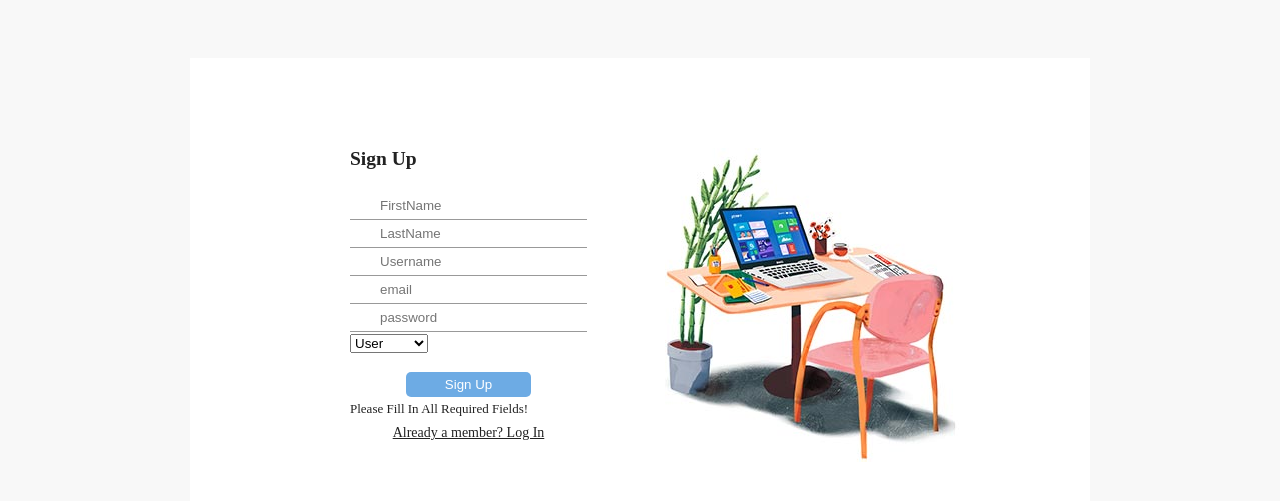
Repository: PhuongHuynh9987/Shopaholic-Ecommerce
Page: http://localhost/Shopaholic/createaccount.jsp
These files come from the project's save history. The page is drawn as it stood at one moment and after the next save; the edit follows.
The browser window is 1280 px wide. The pictures show the whole page.
The page is served by Tomcat 9.

Above is the page before, as saved 2024-01-29 23:11:48.

After the next save:
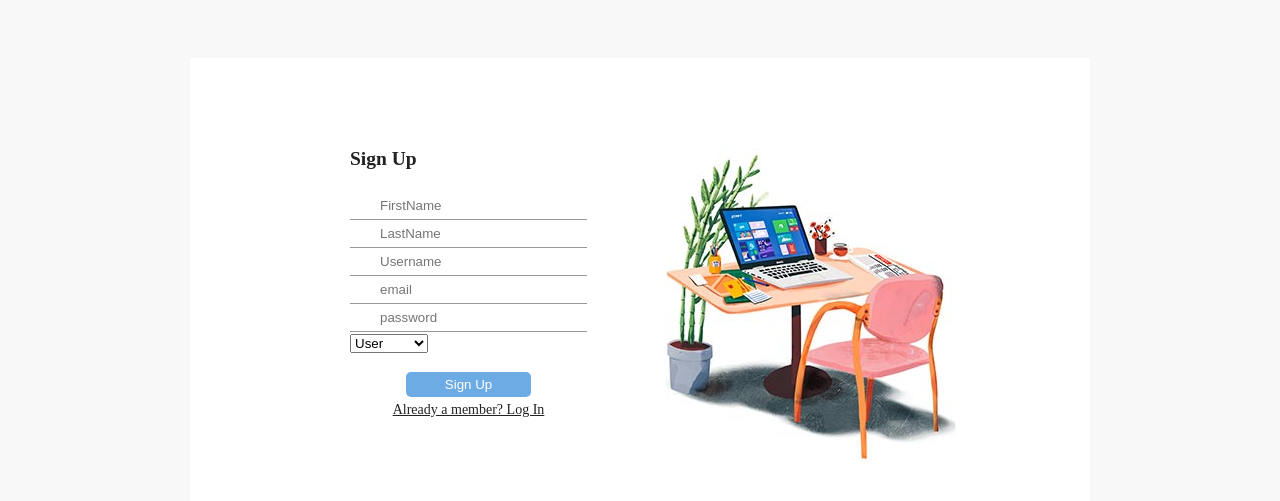
Saved 26 s later.
--- a/Shopaholic/src/main/webapp/createaccount.jsp
+++ b/Shopaholic/src/main/webapp/createaccount.jsp
@@ -88,7 +88,6 @@
 							<div class="form-group form-button">
 								<input type="submit" name = 'signin' id="signin" class ="form-submit" value ="Sign Up" />
 							</div>
-							<span class="emptyField">Please Fill In All Required Fields!</span>
 
 						</form>
 					<a href = "login.jsp" class = "signup-image-link">Already a member? Log In</a>
